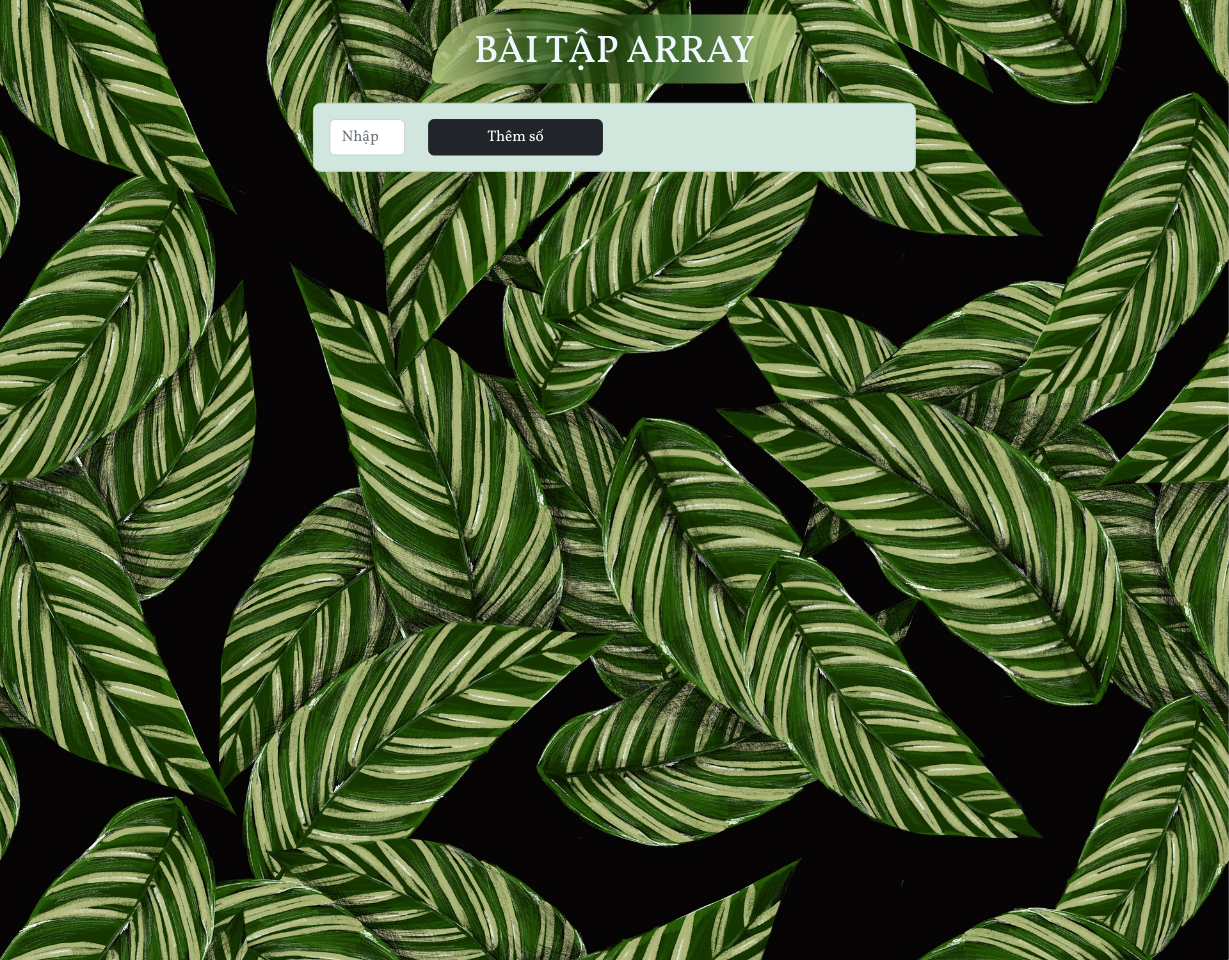
Repository: hcozyph/TranHuuPhuoc_BC43_BT_JS_Buoi7_8_ARRAY
Page: index.html
An editor plug-in stored every save of this project. The page is shown before and after a run of saves, followed by the edit.
The browser window is 1280 px wide. The pictures show the whole page, at 96% of full size.

Above is the page before, as saved 2023-02-20 22:25:14.

### index.html
<!DOCTYPE html>
<html lang="en">
    <head>
        <title>BT Array</title>
        <!-- Required meta tags -->
        <meta charset="utf-8" />
        <meta
            name="viewport"
            content="width=device-width, initial-scale=1, shrink-to-fit=no"
        />
        <!-- font -->
        <link rel="preconnect" href="https://fonts.googleapis.com" />
        <link rel="preconnect" href="https://fonts.gstatic.com" crossorigin />
        <link
            href="https://fonts.googleapis.com/css2?family=Fraunces:ital,opsz,wght@0,9..144,600;0,9..144,700;1,9..144,300;1,9..144,400;1,9..144,500;1,9..144,600;1,9..144,700;1,9..144,800&family=Vollkorn:ital,wght@0,400;0,500;0,600;0,700;0,800;0,900;1,400;1,500;1,600;1,700;1,800;1,900&display=swap"
            rel="stylesheet"
        />
        <!-- Bootstrap CSS v5.2.1 -->
        <link
            href="https://cdn.jsdelivr.net/npm/bootstrap@5.2.1/dist/css/bootstrap.min.css"
            rel="stylesheet"
            integrity="sha384-iYQeCzEYFbKjA/T2uDLTpkwGzCiq6soy8tYaI1GyVh/UjpbCx/TYkiZhlZB6+fzT"
            crossorigin="anonymous"
        />

        <!-- index.css -->
        <link rel="stylesheet" href="./css/index.css" />
    </head>

    <body>
        <div class="container">
            <div class="bt-array-top">
                <div class="bt-array-title pt-2">
                    <h1 class="text-center p-2">BÀI TẬP ARRAY</h1>
                </div>

                <div
                    class="alert alert-success w-50 text-center d-block rounded-3"
                    style="margin: 20px auto"
                >
                    <div class="row row-cols-3">
                        <div class="col-2">
                            <input
                                type="number"
                                class="form-control"
                                id="userInput"
                                placeholder="Nhập số n"
                                style="height: 100%; width: 100%"
                            />
                        </div>
                        <div class="col">
                            <button
                                class="btn btn-dark"
                                style="height: 100%; width: 100%"
                            >
                                Thêm số
                            </button>
                        </div>
                    </div>
                </div>
            </div>

            <div class="bt-array-content">
                <div class=""></div>
                <div class="bt1"></div>
            </div>
        </div>

        <!-- Bootstrap JavaScript Libraries -->
        <script
            src="https://cdn.jsdelivr.net/npm/@popperjs/core@2.11.6/dist/umd/popper.min.js"
            integrity="sha384-oBqDVmMz9ATKxIep9tiCxS/Z9fNfEXiDAYTujMAeBAsjFuCZSmKbSSUnQlmh/jp3"
            crossorigin="anonymous"
        ></script>

        <script
            src="https://cdn.jsdelivr.net/npm/bootstrap@5.2.1/dist/js/bootstrap.min.js"
            integrity="sha384-7VPbUDkoPSGFnVtYi0QogXtr74QeVeeIs99Qfg5YCF+TidwNdjvaKZX19NZ/e6oz"
            crossorigin="anonymous"
        ></script>

        <!-- method.js -->
        <link rel="stylesheet" href="./js/method.js" />

        <!-- index.js -->
        <script src="./js/index.js"></script>
    </body>
</html>

### css/index.css
* {
    margin: 0;
    padding: 0;
    box-sizing: border-box;
    font-family: "Fraunces", serif;
    font-family: "Vollkorn", serif;
}

.container {
    margin: 0 auto;
    max-width: 1440px;

    background-image: url(../img/2.jpg);
    background-size: cover;
    background-position: center;
    background-repeat: no-repeat;

    height: 1000px;
    padding-top: 15px;
}

.bt-array-title {
    display: block;
    width: 380px;
    margin: 0 auto;
    border-radius: 80px 10px 80px 10px;

    font-size: 40px;
    font-weight: 700;
    /* background-color: red; */
    color: aliceblue;
    background: rgb(156, 173, 110);
    background: linear-gradient(
        90deg,
        rgba(198, 219, 142, 0.8) 0%,
        rgba(156, 173, 110, 0.8) 10%,
        rgba(60, 94, 39, 0.8) 25%,
        rgba(68, 112, 49, 0.8) 29%,
        rgba(27, 57, 5, 0.8) 49%,
        rgba(66, 114, 50, 0.8) 63%,
        rgba(90, 139, 69, 0.8) 74%,
        rgba(184, 203, 130, 0.8) 95%
    );
}

/* .bt-array-content {
} */

Loaded but not shown: js/index.js (no copy from this time; the picture is the same without it); js/method.js (no stored copy; drawn as an empty file)

After the next 3 saves:
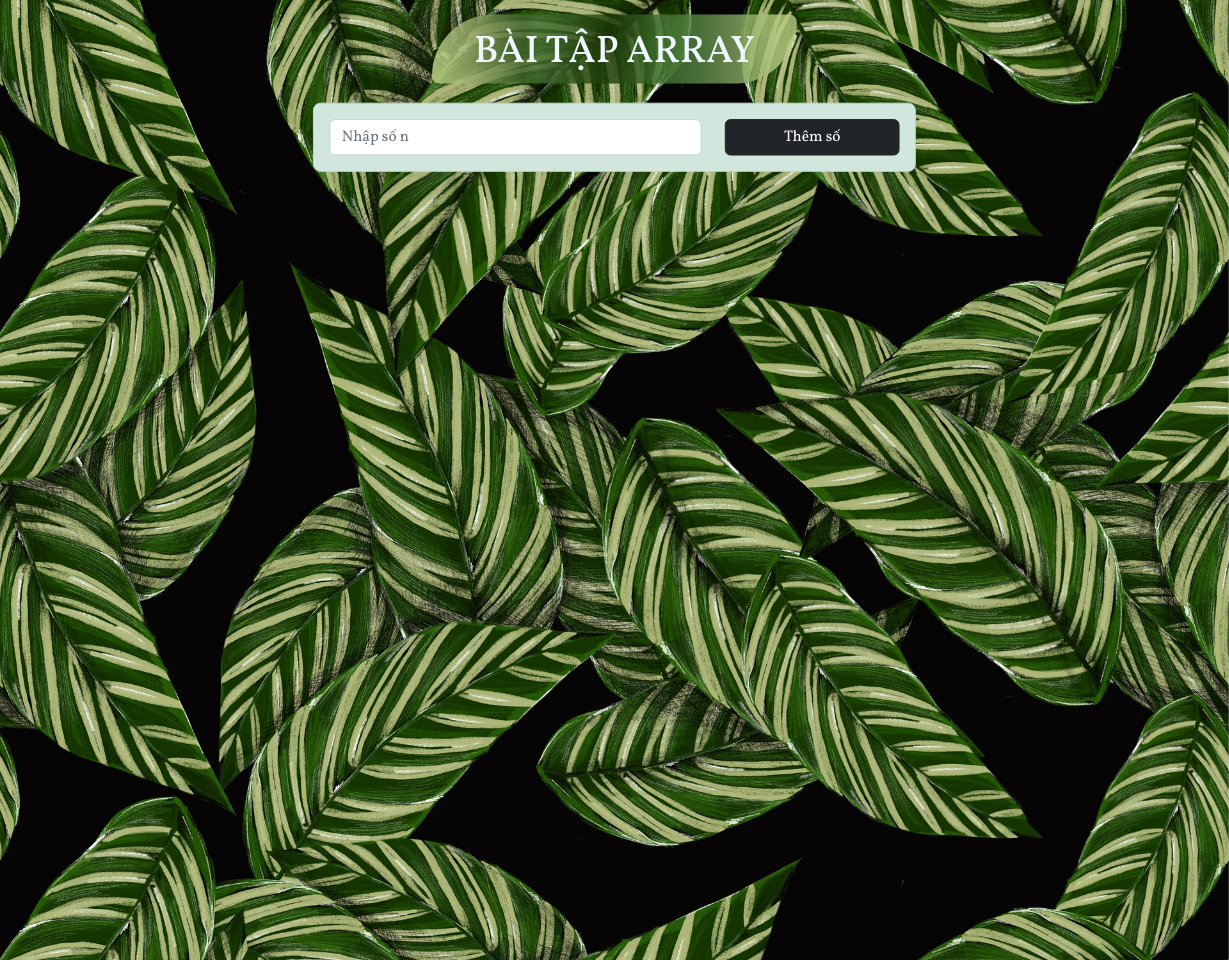
The 3 saves are shown as one change because they came seconds apart.
The last was saved 9 s later.
--- a/index.html
+++ b/index.html
@@ -39,7 +39,7 @@
                     style="margin: 20px auto"
                 >
                     <div class="row row-cols-3">
-                        <div class="col-2">
+                        <div class="col-8">
                             <input
                                 type="number"
                                 class="form-control"
